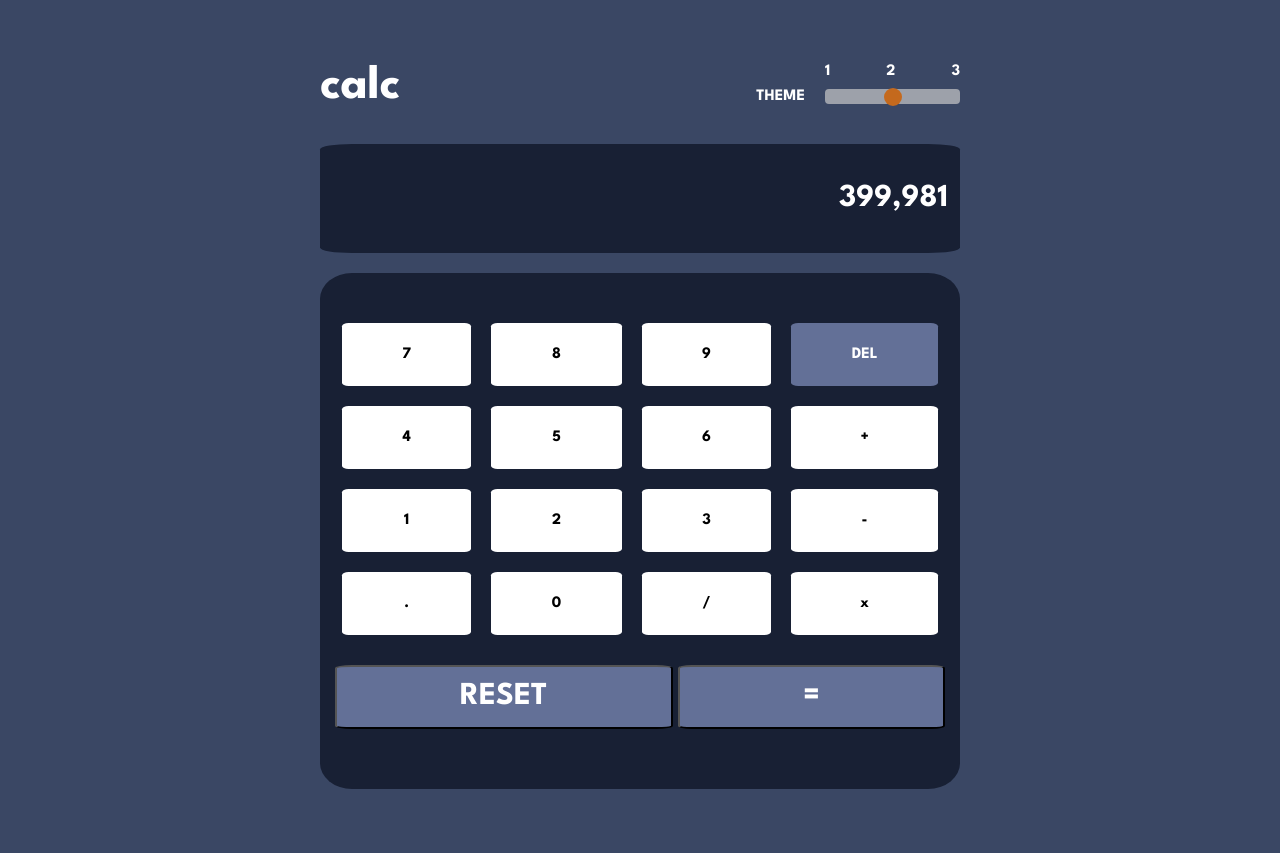
Repository: DevLaukey/calc-with-css-js
Page: index.html
The author's editor kept a copy of each file at every save. The page is drawn from the files as they stood at one save, then again after the next save.
The browser window is 1280 px wide. The pictures show the whole page.

Above is the page before, as saved 2022-05-18 15:17:53.
Console error: TypeError: Cannot read properties of null (reading 'addEventListener')

After the next save:
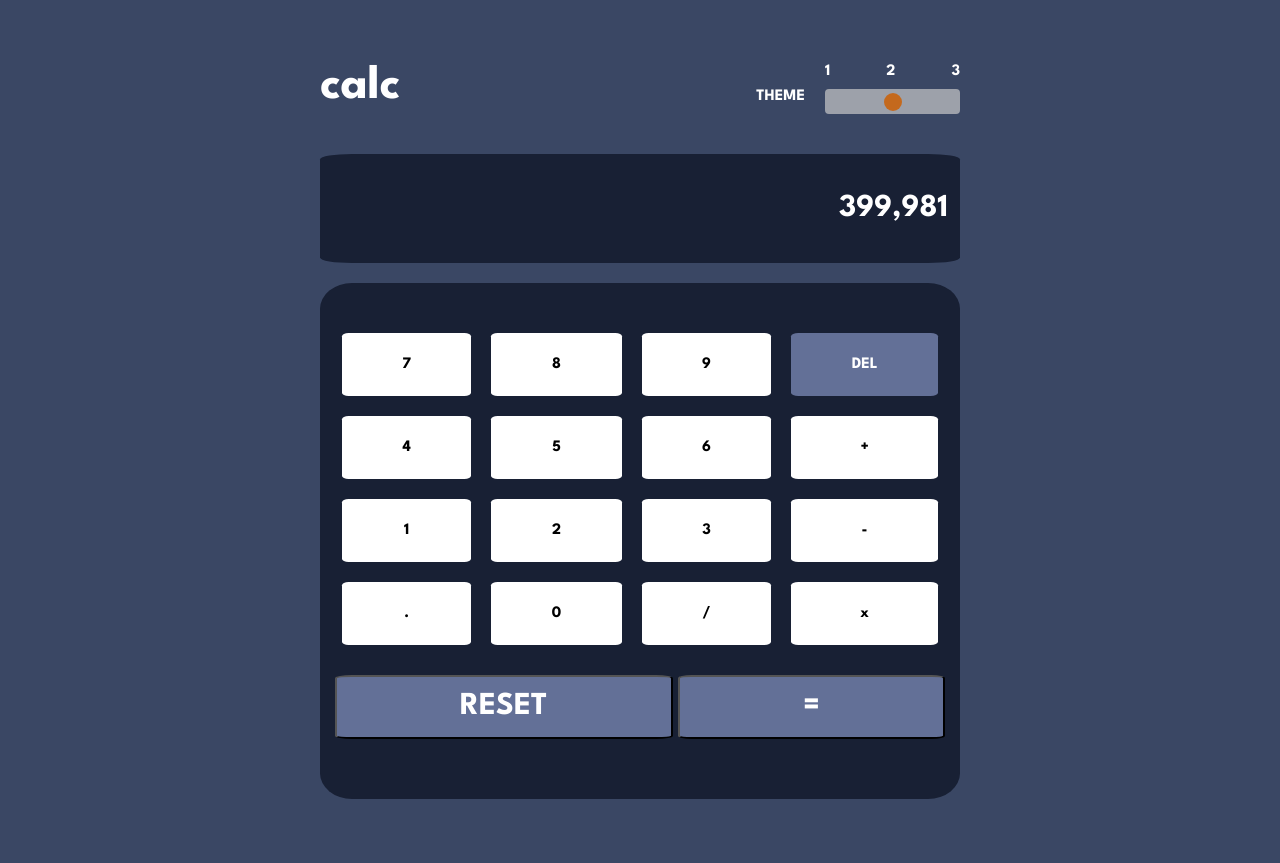
Saved 13 s later.
--- a/styles.css
+++ b/styles.css
@@ -64,7 +64,7 @@ body {
     width: 100%;
     margin: 10px auto;
     -webkit-appearance: none;
-    height: 15px;
+    height: 25px;
     border-radius: 4px;
     margin-bottom: 15px;
     background-color: rgb(200, 200, 200);
